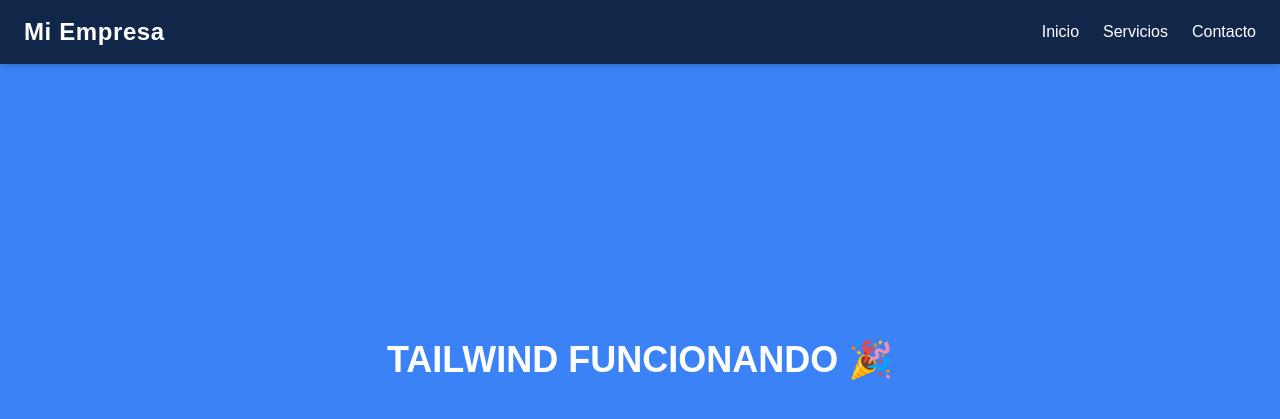
Repository: francoluca35/empresacolectivo
Page: /
The author's editor kept a copy of each file at every save. The page is drawn from the files as they stood at one save, then again after the next save.
The browser window is 1280 px wide. The pictures show the whole page.
The project was rebuilt for these pictures with package versions that can differ from the ones it lists, and the page was loaded fresh each time. The framework's server and built-in components were replaced by stand-ins that run in the browser. Also part of the build but not shown: next.config.js, next.config.mjs.

Above is the page before, as saved 2025-03-26 01:16:56.

### src/app/layout.js
import { Inter } from "next/font/google";
import "./globals.css";

const inter = Inter({
  subsets: ["latin"],
  variable: "--font-inter",
});

export const metadata = {
  title: "Create Next App",
  description: "Generated by create next app",
};

export default function RootLayout({ children }) {
  return (
    <html lang="en">
      <body className={inter.variable}>
        {children}
      </body>
    </html>
  );
}

### src/app/page.js

import Inicio from "./page/Home/page";
import Navbar from "./Component/Navbar";
export default function Home() {
  return (
  <>
  <Navbar/>
  <Inicio/>
  </>
  );
}

### src/app/globals.css
@tailwind base;
@tailwind components;
@tailwind utilities;



@media (prefers-color-scheme: dark) {
  :root {
    --background: #4b4141;
    --foreground: #ededed;
  }
}

html,
body {
  max-width: 100vw;
  overflow-x: hidden;
}

body {
  color: var(--foreground);
  background: var(--background);
  font-family: Arial, Helvetica, sans-serif;
  -webkit-font-smoothing: antialiased;
  -moz-osx-font-smoothing: grayscale;
}

* {
  box-sizing: border-box;
  padding: 0;
  margin: 0;
}

a {
  color: inherit;
  text-decoration: none;
}

@media (prefers-color-scheme: dark) {
  html {
    color-scheme: dark;
  }
}

### src/app/page/Home/page.js
export default function Home() {
  return (
    <main className="min-h-screen bg-blue-500 text-white flex items-center justify-center">
      <h1 className="text-4xl font-bold uppercase text-center">Tailwind FUNCIONANDO 🎉</h1>
    </main>
  );
}

### src/app/Component/Navbar.js
"use client";
import Link from "next/link";

export default function Navbar() {
  return (
    <nav className="fixed top-0 left-0 w-full bg-black bg-opacity-70 text-white shadow-md z-50">
      <div className="max-w-7xl mx-auto px-6 py-4 flex justify-between items-center">
        <h1 className="text-2xl font-bold tracking-wide">Mi Empresa</h1>
        <div className="space-x-6">
          <Link href="/" className="hover:text-blue-400 transition">Inicio</Link>
          <Link href="#servicios" className="hover:text-blue-400 transition">Servicios</Link>
          <Link href="#contacto" className="hover:text-blue-400 transition">Contacto</Link>
        </div>
      </div>
    </nav>
  );
}

### tailwind.config.js
module.exports = {
  content: [
    "./src/app/**/*.{js,ts,jsx,tsx}",
    "./src/components/**/*.{js,ts,jsx,tsx}"
  ],
  theme: {
    extend: {},
  },
  plugins: [],
};

After the next save:
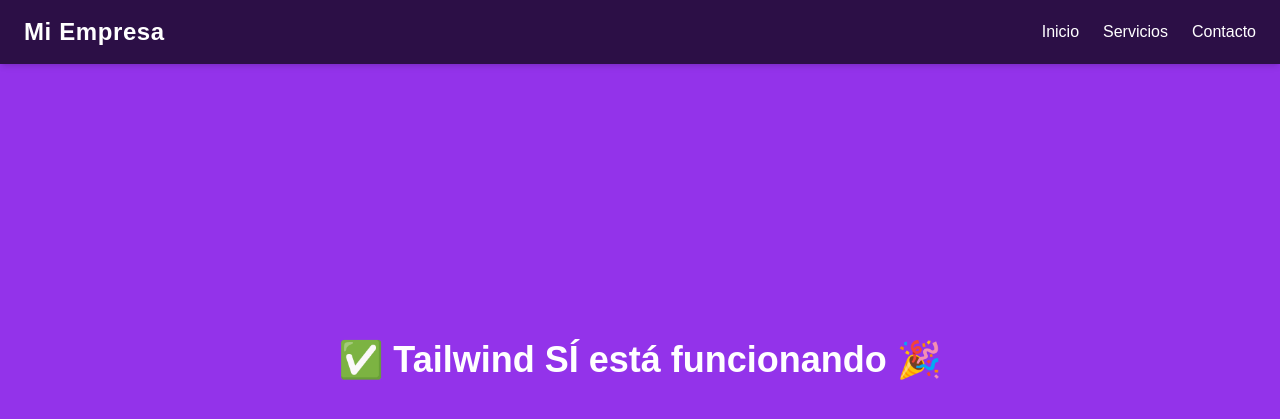
Saved 12 s later.
--- a/src/app/page/Home/page.js
+++ b/src/app/page/Home/page.js
@@ -1,7 +1,8 @@
+// app/page.js
 export default function Home() {
   return (
-    <main className="min-h-screen bg-blue-500 text-white flex items-center justify-center">
-      <h1 className="text-4xl font-bold uppercase text-center">Tailwind FUNCIONANDO 🎉</h1>
+    <main className="min-h-screen bg-purple-600 text-white flex justify-center items-center">
+      <h1 className="text-4xl font-bold">✅ Tailwind SÍ está funcionando 🎉</h1>
     </main>
   );
 }
